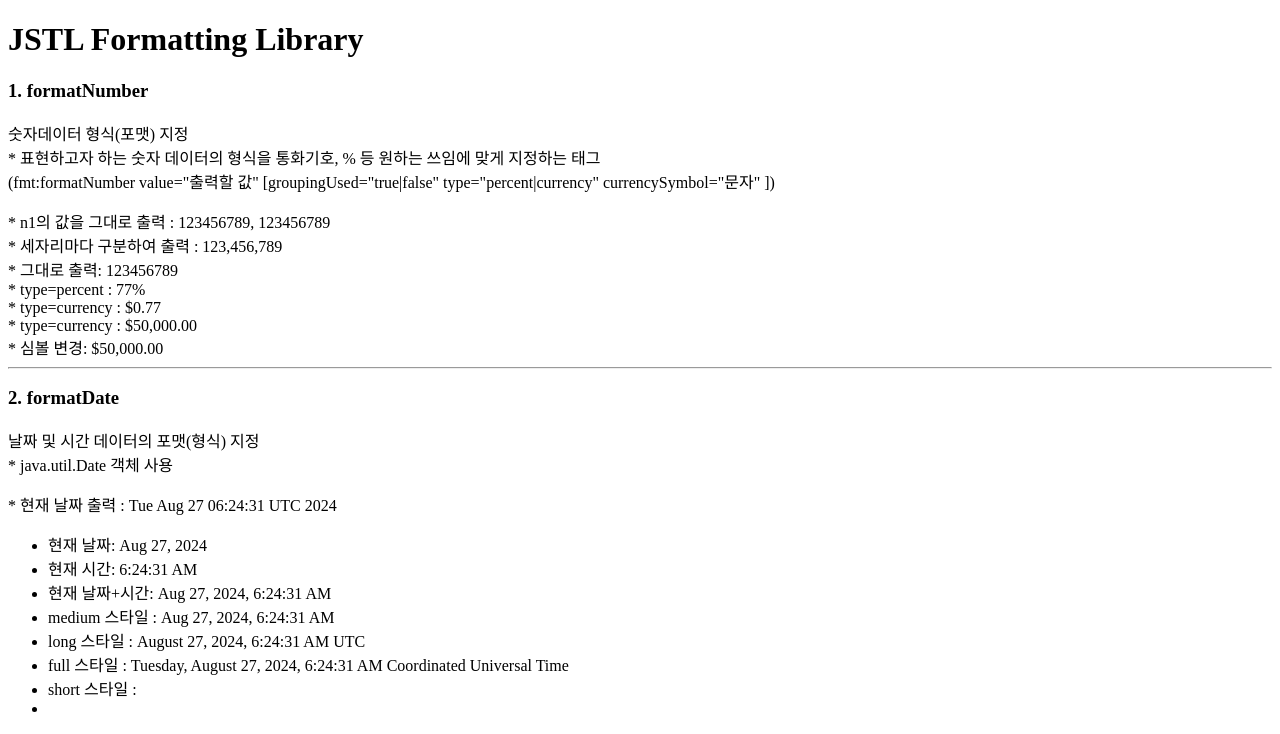
Repository: Developer-Choi-Jae-Young/ServletPractice
Page: http://localhost/3_elAction/views/3_Custom_Action/02_fmt.jsp
These files come from the project's save history. The page is drawn as it stood at one moment and after the next save; the edit follows.
The browser window is 1280 px wide. The pictures show the whole page.
The page is served by Tomcat 9.

Above is the page before, as saved 2024-08-28 02:05:54.

After the next save:
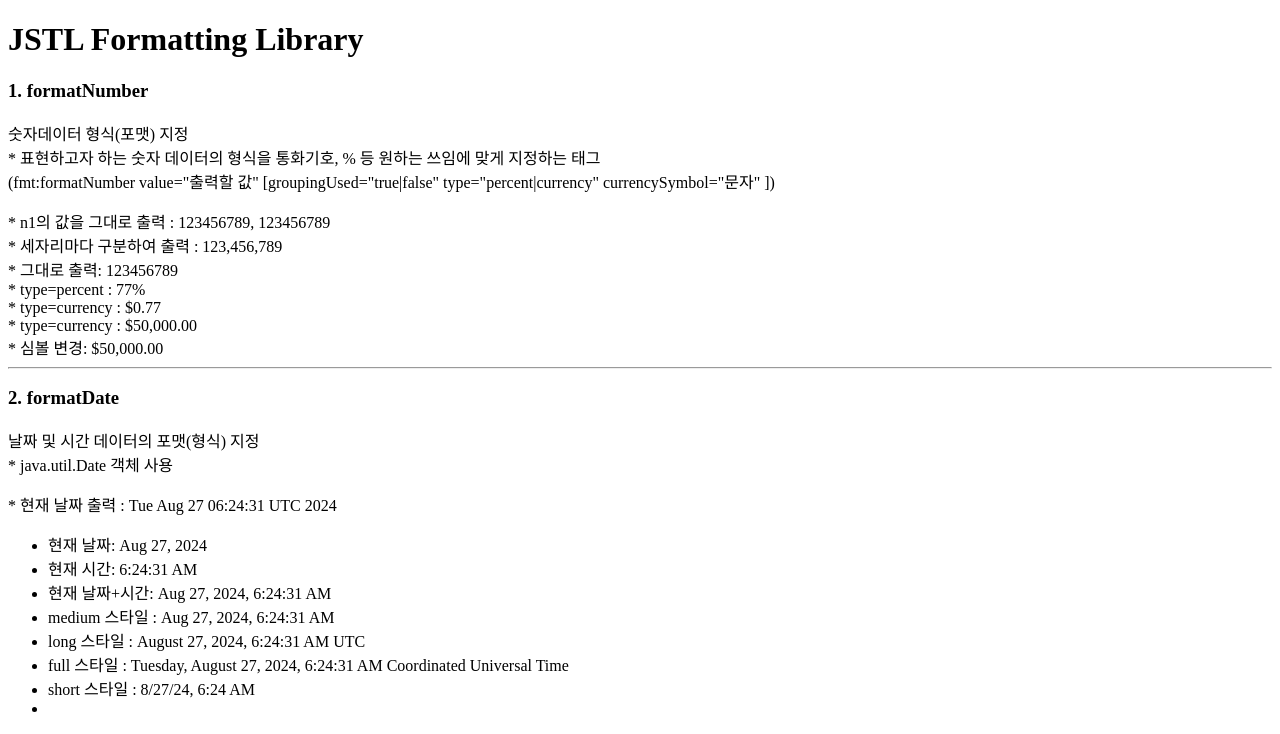
Saved 10 s later.
--- a/3_elAction/src/main/webapp/views/3_Custom_Action/02_fmt.jsp
+++ b/3_elAction/src/main/webapp/views/3_Custom_Action/02_fmt.jsp
@@ -72,7 +72,7 @@
 			full 스타일 : <fmt:formatDate value="${ today }" type="both" dateStyle="full" timeStyle="full"/>
 		</li>
 		<li>
-			short 스타일 :
+			short 스타일 : <fmt:formatDate value="${ today }" type="both" dateStyle="short" timeStyle="short"/>
 		</li>
 		<li>
 		</li>
